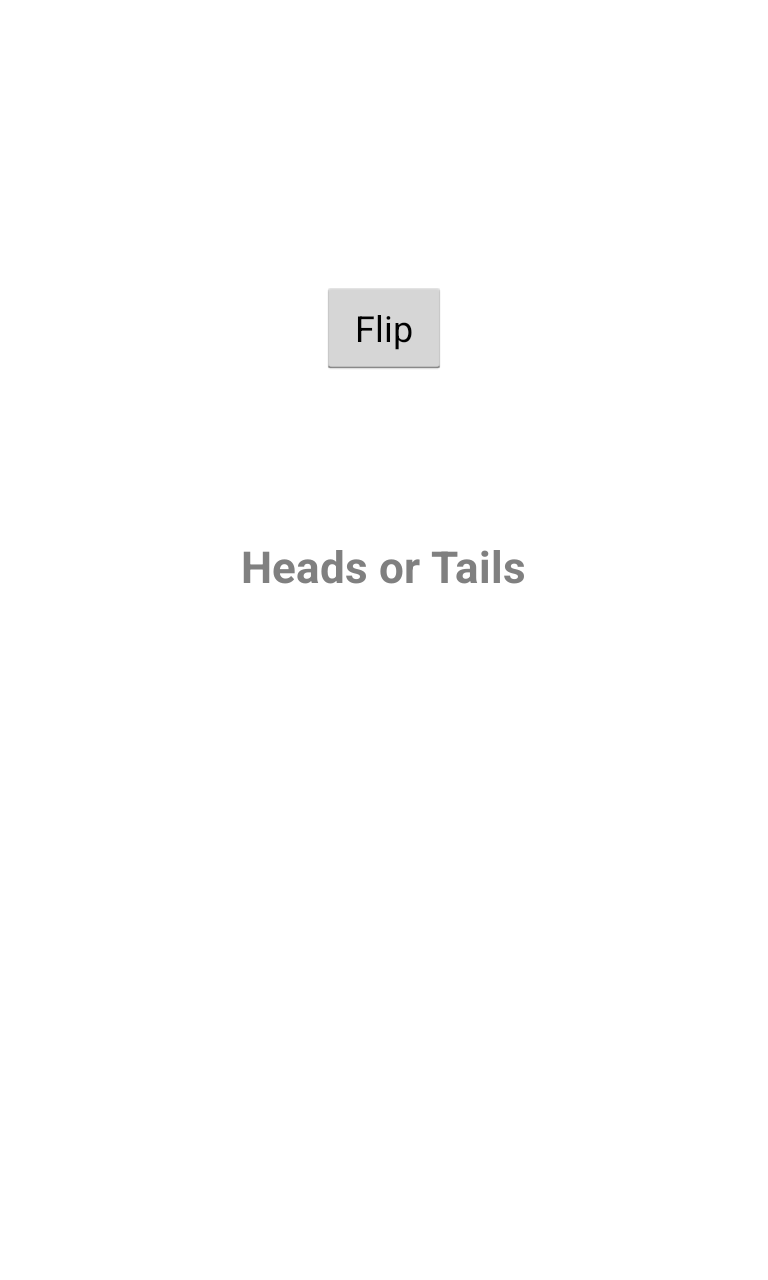
Repository: brandonmackey/FS-Java1
Layout: Java1/Java1Wk1_3/res/layout/activity_main.xml
The author's editor kept a copy of each file at every save. The layout is drawn from the files as they stood at one save, then again after the next save.
It is drawn on a 768 x 1280 px phone screen (xhdpi) without system bars, with theme AppTheme; the app's code is not run. The app's manifest (not shown) leaves right-to-left support off. So textAlignment, textDirection and layoutDirection are ignored, and left and right values win over start and end ones.

Above is the layout before, as saved 2014-05-10 04:25:28.

### Java1/Java1Wk1_3/res/layout/activity_main.xml
<RelativeLayout xmlns:android="http://schemas.android.com/apk/res/android"
    xmlns:tools="http://schemas.android.com/tools"
    android:id="@+id/container"
    android:layout_width="match_parent"
    android:layout_height="match_parent"
    android:orientation="vertical"
    tools:context="com.example.java1wk1_3.MainActivity"
    tools:ignore="MergeRootFrame" >

    <Button
        android:id="@+id/button1"
        android:layout_width="wrap_content"
        android:layout_height="wrap_content"
        android:layout_alignParentTop="true"
        android:layout_centerHorizontal="true"
        android:layout_marginTop="140dp"
        android:text="@string/Flip" />

    <TextView
        android:id="@+id/textView1"
        android:layout_width="wrap_content"
        android:layout_height="wrap_content"
        android:layout_below="@+id/button1"
        android:layout_centerHorizontal="true"
        android:layout_marginTop="80dp"
        android:hint="@string/heads_or_tails"
        android:textAppearance="?android:attr/textAppearanceLarge"
        android:textStyle="bold"
        android:textAlignment="center" />

</RelativeLayout>

### Java1/Java1Wk1_3/res/values/strings.xml
<?xml version="1.0" encoding="utf-8"?>
<resources>

    <string name="app_name">Coin Flip</string>

    <string name="Flip">Flip</string>

    <string name="heads_or_tails">Heads or Tails</string>



</resources>

Loaded but not shown: Java1/Java1Wk1_3/res/values/styles.xml (common file); Java1/Java1Wk1_3/res/values-v11/styles.xml (common file); Java1/Java1Wk1_3/res/values-v14/styles.xml (common file)

After the next save:
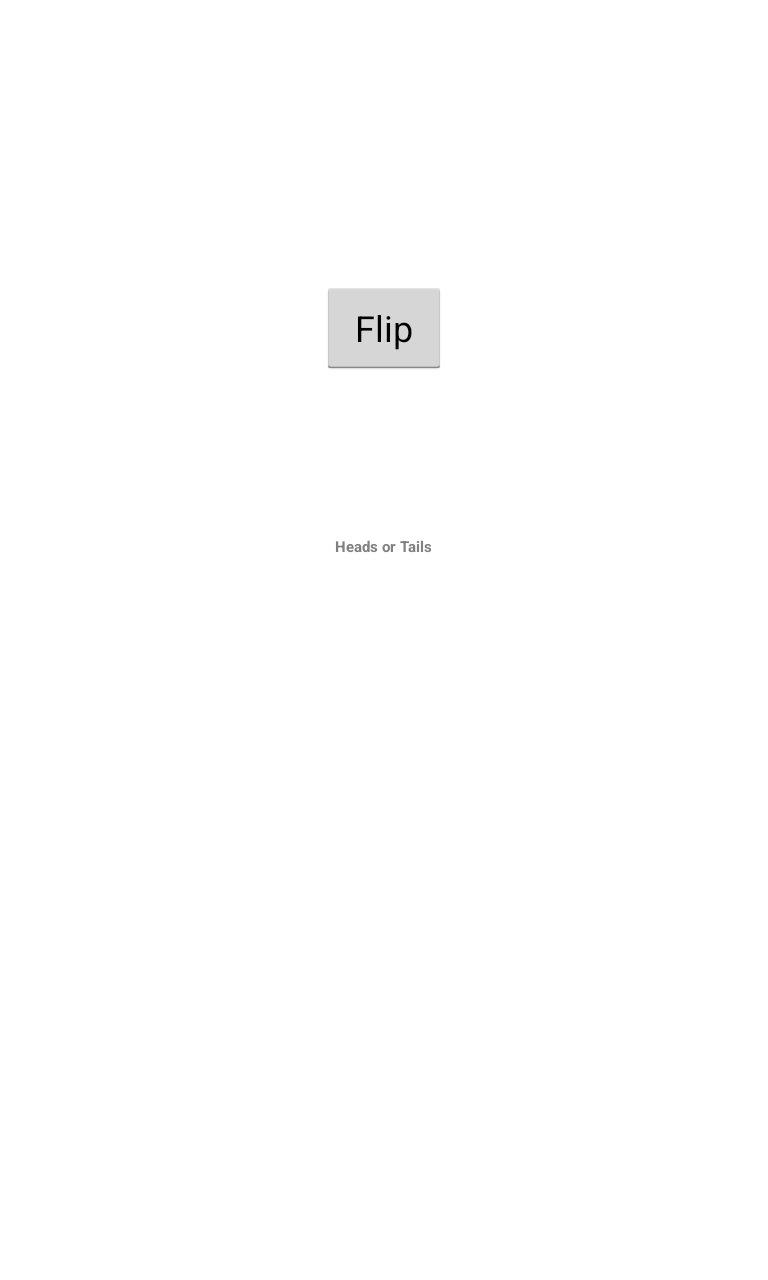
Saved 96 s later.
--- a/Java1/Java1Wk1_3/res/layout/activity_main.xml
+++ b/Java1/Java1Wk1_3/res/layout/activity_main.xml
@@ -26,6 +26,6 @@
         android:hint="@string/heads_or_tails"
         android:textAppearance="?android:attr/textAppearanceLarge"
         android:textStyle="bold"
-        android:textAlignment="center" />
+        android:textAppearance="center" />
 
 </RelativeLayout>

After the save that followed:
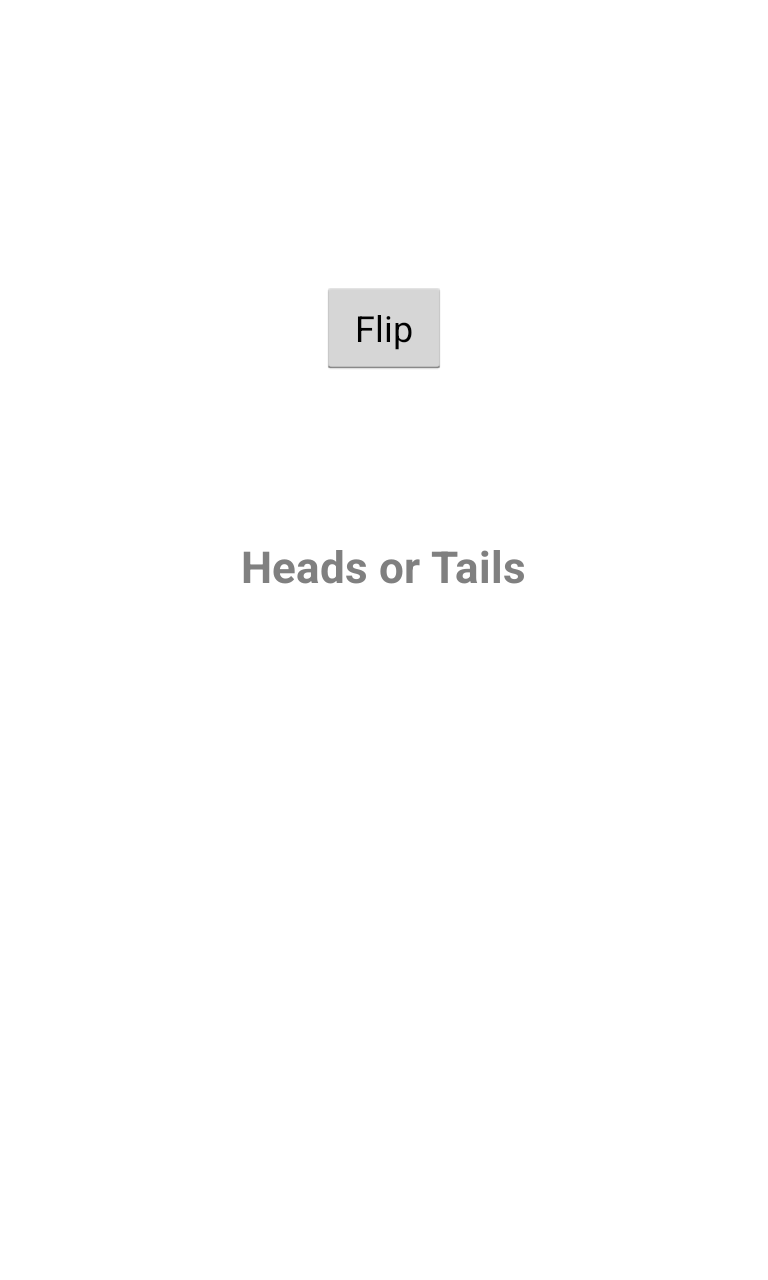
Saved 53 s later.
--- a/Java1/Java1Wk1_3/res/layout/activity_main.xml
+++ b/Java1/Java1Wk1_3/res/layout/activity_main.xml
@@ -26,6 +26,6 @@
         android:hint="@string/heads_or_tails"
         android:textAppearance="?android:attr/textAppearanceLarge"
         android:textStyle="bold"
-        android:textAppearance="center" />
+        android:textSelectHandleLeft="center" />
 
 </RelativeLayout>
